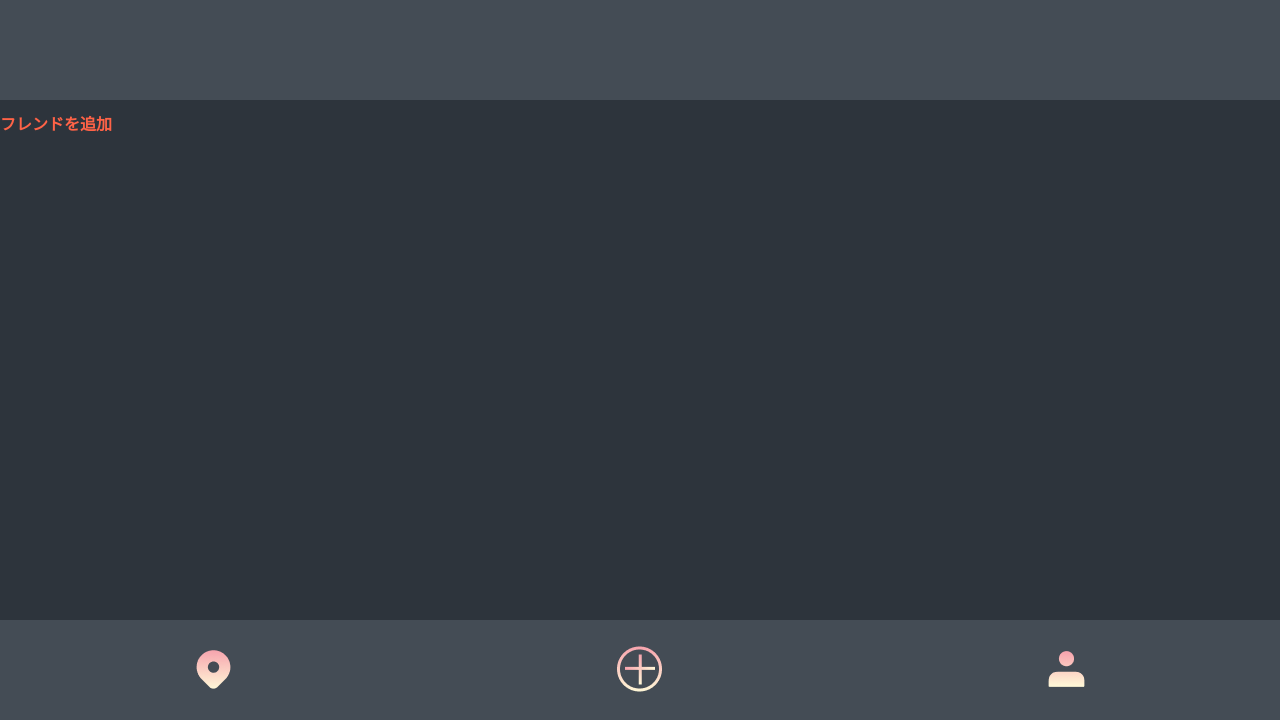
Repository: ren0714poo/respos
Page: addition.html
An editor plug-in stored every save of this project. The page is shown before and after the next save, followed by the edit.
The browser window is 1280 px wide. The pictures show the whole page.

Above is the page before, as saved 2025-07-17 14:31:40.

### addition.html
<!DOCTYPE html>
<html lang="ja">
<head>
  <meta charset="UTF-8">
  <meta name="viewport" content="width=device-width, initial-scale=1.0">
  <title>respos_addition</title>
  <link rel="stylesheet" href="css/addition.css">
</head>
<body>
  <header>
  </header>

  <main>
    <div class="addition">
      <h1>フレンドを追加</h1>
    </div>
  </main>

  <footer>
    <button type="button" id="pin" onclick="location.href='top.html'"><img src="img/tabler_map-pin-filled.png" alt="ピン"></button>
    <button type="button"><img src="img/post.png" alt="投稿"></button>
    <button type="button" id="profile" onclick="location.href='profile.html'"><img src="img/icon-park-solid_people.png" alt="プロフィール"></button>
  </footer>

</body>
</html>

### css/addition.css
@media screen and (max-width:480px){


}

html, body {
  color: white;
  background: #2D343C;
  height: 100%;
  margin: 0;
  padding: 0;
  display: grid;
  grid-template-rows: 100px calc(100vh - 200px) 100px;
  grid-template-areas:
  "header"
  "main"
  "footer"
  ;
}



header{
  width: 100%;
  height: 100px;
  background: #444C55;
  display: flex;
  grid-area: header;
}




main{
  grid-area: main;
}

.addition h1{
  color: tomato;
  font-size: 16px;
}









footer {
  background: #444C55;
  display: flex;
  justify-content: space-around;
  align-items: center;
}

footer button {
  background: transparent;
  border: none;
}

After the next save:
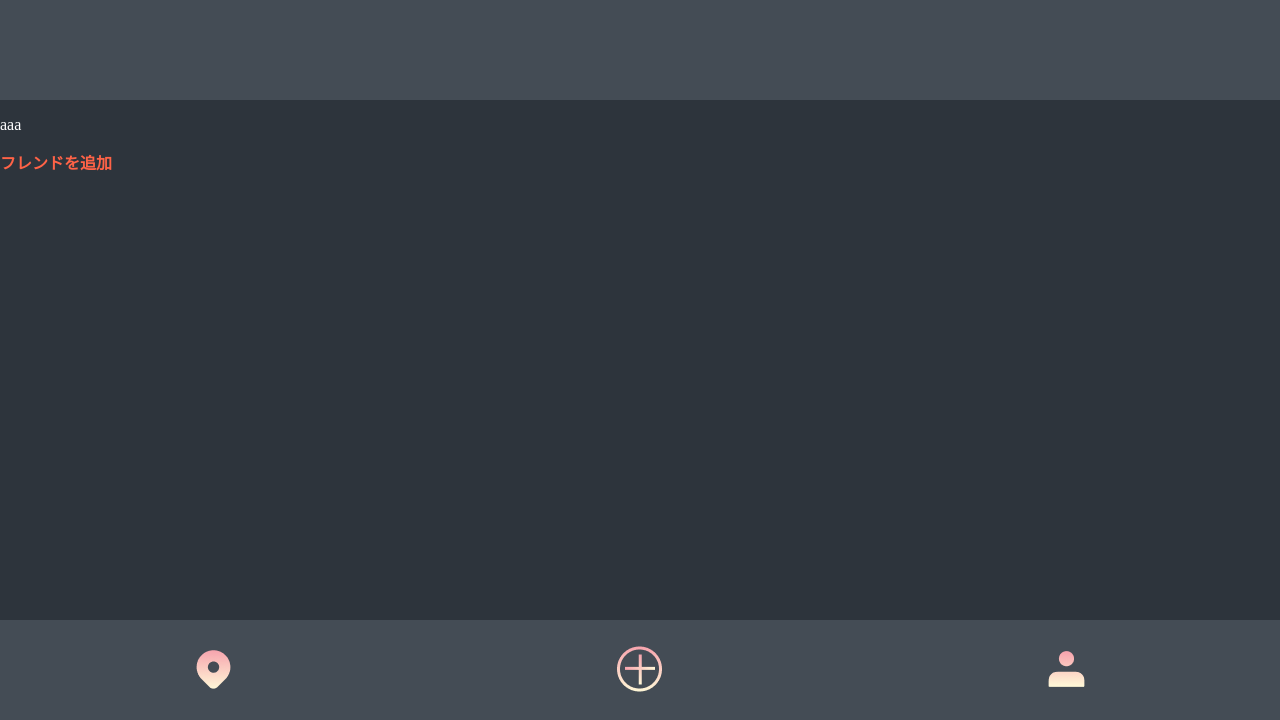
Saved 17 s later.
--- a/addition.html
+++ b/addition.html
@@ -12,6 +12,7 @@
 
   <main>
     <div class="addition">
+      <p>aaa</p>
       <h1>フレンドを追加</h1>
     </div>
   </main>
